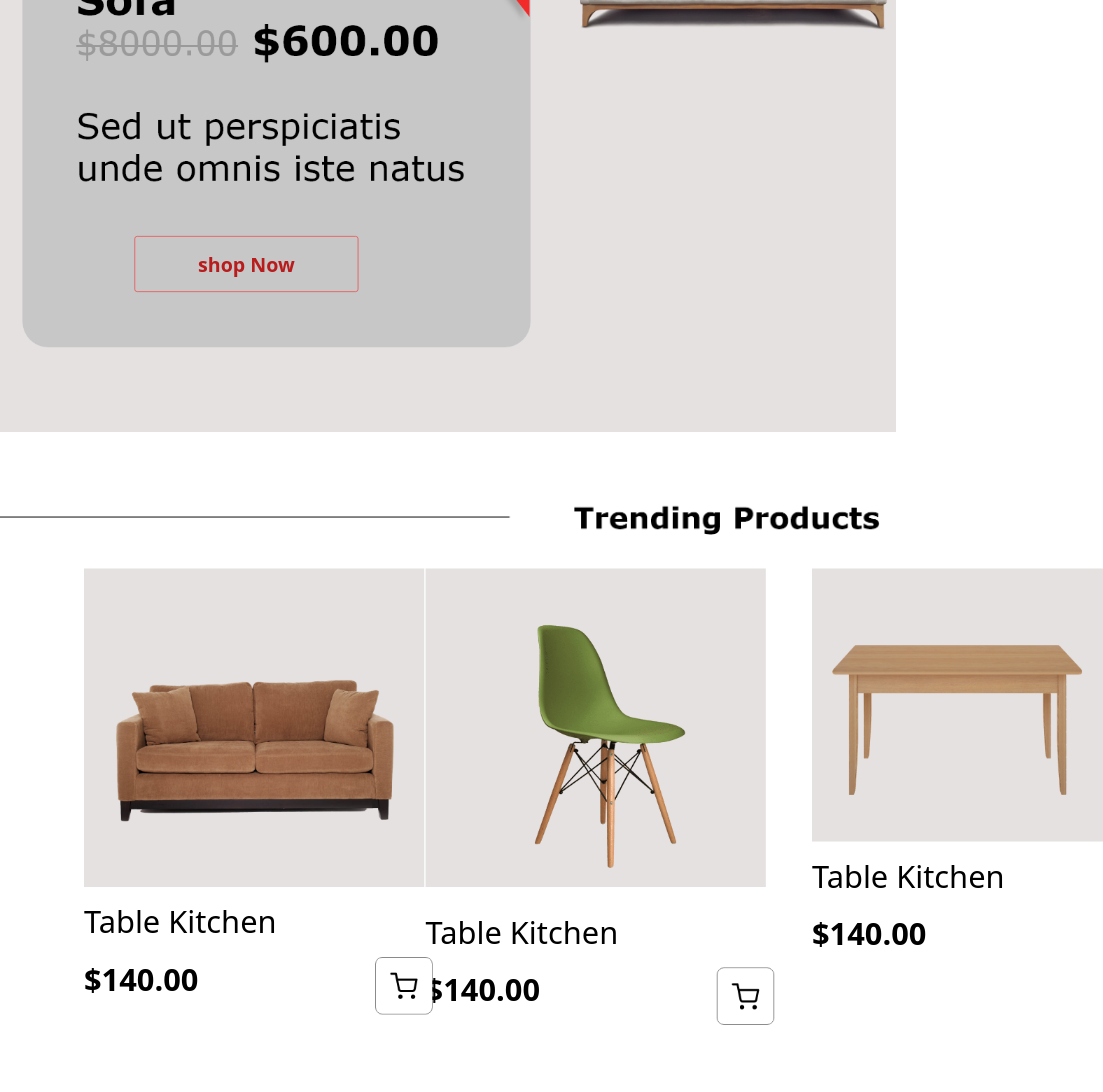
Repository: MEROO1010/creative_home
Page: /
These files come from the project's save history. The page is drawn as it stood at one moment and after a run of saves; the edit follows.
The browser window is 1280 px wide. The page is 1576 px wide, so the pictures cover 1576 px, including what lies to the right of the window. The pictures show the part of the page from y = 2213 to 3773 px (the page is 3773 px tall), at 70% of full size.
The project was rebuilt for these pictures with package versions that can differ from the ones it lists, and the page was loaded fresh each time. The framework's server and built-in components were replaced by stand-ins that run in the browser. Also part of the build but not shown: next.config.js.

Above is the page before, as saved 2022-12-14 10:00:44.

After the next 2 saves:
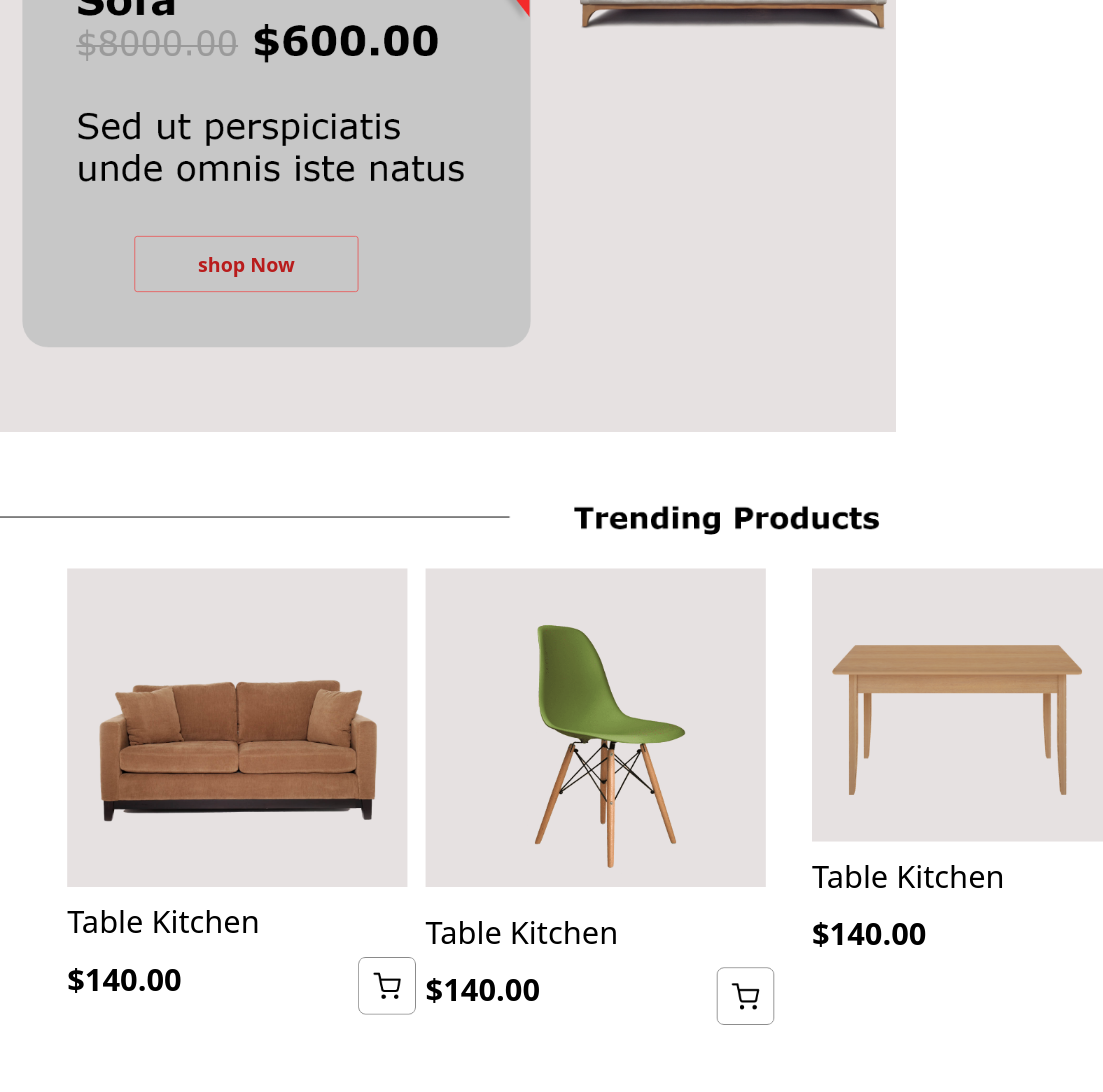
The 2 saves are shown as one change because they came seconds apart.
The last was saved 7 s later.
--- a/components/TrendingProducts.tsx
+++ b/components/TrendingProducts.tsx
@@ -36,7 +36,7 @@ const TrendingProducts = () => {
      </div>
 
       {/*brown chouch */}
-      <div className='absolute ml-10 mt-12 pl-10  left-70'>
+      <div className='absolute ml-4 mt-12 pl-10  left-70'>
        <div className='ml-10   '>
        <Image src={brownSofa} alt=''/>
        <h1 className='text-[44px]  mt-4  font-verdana'>Table Kitchen</h1>
